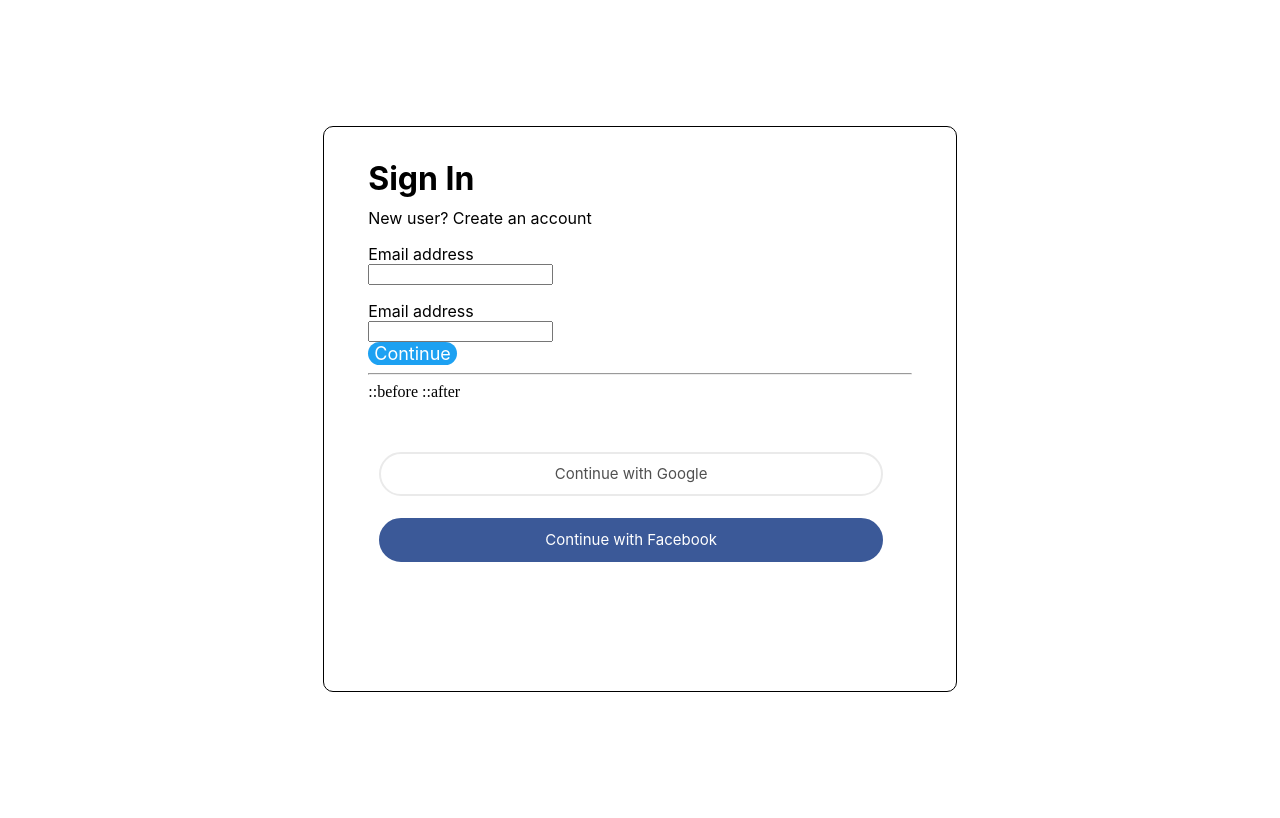
Repository: thangluu93/WereWolf
Page: Template/signIn.html
The author's editor kept a copy of each file at every save. The page is drawn from the files as they stood at one save, then again after the next save.
The browser window is 1280 px wide. The pictures show the whole page.

Above is the page before, as saved 2020-01-13 13:49:04.

### Template/signIn.html
<html>

<head>
    <title>Onion ID</title>
    <link rel="stylesheet" href="../Stylesheet/signInStyle.css">
</head>

<body id="body1">
    <div class="container" id="container1">
        <div class="containerBody" id="containerBody1">
            <div class="border" id="border1">
                <div class="content" id="content1">
                    <div class="contentHeader">
                        <h1 class="Heading">Sign In</h1>
                        <p class="subHead">New user? Create an account</p>
                    </div>
                    <div >
                        <div>
                            <div>
                                <p style="margin-bottom: 0;"> Email address </p>
                                <input type="email" class="emailField">
                            </div>
                            <div>
                                <p style="margin-bottom: 0;"> Email address </p>
                                <input type="email" class="emailField">
                            </div>
                        </div>
                        <div class="emailContinue">
                            <button class="emailContinueBtn ">
                                <span>Continue</span>
                            </button>
                        </div>
                    </div>
                    <div class="contentFooter">
                        <hr data-content="or">
                        ::before
                        ::after
                        </hr>
                        <div class="socialSignIn" id="socialSignIn1">
                            <a href="" class="googleSignIn">
                                <!-- <svg viewBox="0 0 1152 1152" focusable="false" aria-hidden="true" role="img"
                                class="googleIconSvg">
                                <path
                                    d="M1055.994 594.42a559.973 559.973 0 0 0-8.86-99.684h-458.99V683.25h262.28c-11.298 60.918-45.633 112.532-97.248 147.089v122.279h157.501c92.152-84.842 145.317-209.78 145.317-358.198z"
                                    fill="#4285f4"></path>
                                <path
                                    d="M588.144 1070.688c131.583 0 241.9-43.64 322.533-118.07l-157.5-122.28c-43.64 29.241-99.463 46.52-165.033 46.52-126.931 0-234.368-85.728-272.691-200.919H152.636v126.267c80.19 159.273 245 268.482 435.508 268.482z"
                                    fill="#34a853"></path>
                                <path
                                    d="M315.453 675.94a288.113 288.113 0 0 1 0-185.191V364.482H152.636a487.96 487.96 0 0 0 0 437.724z"
                                    fill="#fbbc05"></path>
                                <path
                                    d="M588.144 289.83c71.551 0 135.792 24.589 186.298 72.88l139.78-139.779C829.821 144.291 719.504 96 588.143 96c-190.507 0-355.318 109.21-435.508 268.482L315.453 490.75c38.323-115.19 145.76-200.919 272.691-200.919z"
                                    fill="#ea4335"></path>
                            </svg> -->
                                <span>Continue with Google</span>
                            </a>
                            <a href="" class="facebookSignIn">
                                <!-- <svg viewBox="0 0 1152 1152" class="facebookIconSvg" aria-hidden="true" data-prefix="fab" data-icon="facebook-f"
                                role="img" xmlns="http://www.w3.org/2000/svg" viewBox="0 0 264 512" data-fa-i2svg="">
                                <path fill="currentColor"
                                    d="M76.7 512V283H0v-91h76.7v-71.7C76.7 42.4 124.3 0 193.8 0c33.3 0 61.9 2.5 70.2 3.6V85h-48.2c-37.8 0-45.1 18-45.1 44.3V192H256l-11.7 91h-73.6v229">
                                </path>
                            </svg> -->
                                <span>Continue with Facebook</span>

                            </a>

                        </div>
                    </div>
                </div>

            </div>
        </div>
    </div>
</body>

</html>

### Stylesheet/signInStyle.css
.containerBody{
    margin: 0;
    padding: 0;
    width: 100%;
}

#containerBody1{
  width: 100%;

}

#content1{

    display: flex;
    flex-direction: column;


}

.content{
    height: 90%;
    padding: 5% 7% 7% 7%;
}

.border{
    width: 50%;
    height: 80%;
}

#border1{
    border: 1px solid black;
    border-radius: 10px;   ;

    margin: 10% auto;
    justify-content: center;
    align-items: center;

}

.socialSignIn a{
    margin: 2%;
    width: 92%;
    height: 2.5rem;
    display: flex;
    align-items: center;
    justify-content: center;
    font-size: 15px;
}

.socialSignIn{
    margin-top: 2.5rem;
}

#socialSignIn1{
    display: flex;
    flex-direction: column;
}

.googleSignIn,.facebookSignIn,.twitterSignIn{
    border: 2px;
    border-style: solid;
    border-radius: 100px;
}

.subHead{
    margin: 10px 0 0 0;
}

.heading{
    margin: 0;
}

p {
    font-family: adobe-clean,"Source Sans Pro",-apple-system,BlinkMacSystemFont,"Segoe UI",Roboto,sans-serif;
}

h1{
    font-family: adobe-clean,"Source Sans Pro",-apple-system,BlinkMacSystemFont,"Segoe UI",Roboto,sans-serif;
    font-size: 32px;
}

span{
    font-family: adobe-clean,"Source Sans Pro",-apple-system,BlinkMacSystemFont,"Segoe UI",Roboto,sans-serif;
}

a{
    text-decoration: none;
}

.Field{
    width: 100%;
    height: 2rem;
    margin:0 0 5% 0;
    border-color: black;
    border-top: 0;
    border-left: 0;
    border-right: 0;
    border-bottom: 2px;
    border-style: solid;
    font-size: 16px;
}

.emailContinueBtn{
    border-radius: 100px;
    font-size: 18px;
    height: fit-content;
    width: fit-content;
    box-shadow: none;
    background-color: #1da1f2;
    color: white;
    border: none;
    outline: none;
}

.googleSignIn{
    border-color: #eaeaea;
    color: #505050;
}

.facebookSignIn{
    border-color:#3b5998;
    background-color: #3b5998;
    color: white;
}

.twitterSignIn{
    color: white;
    border-color: #1da1f2;
    background-color: #1da1f2;
}

After the next save:
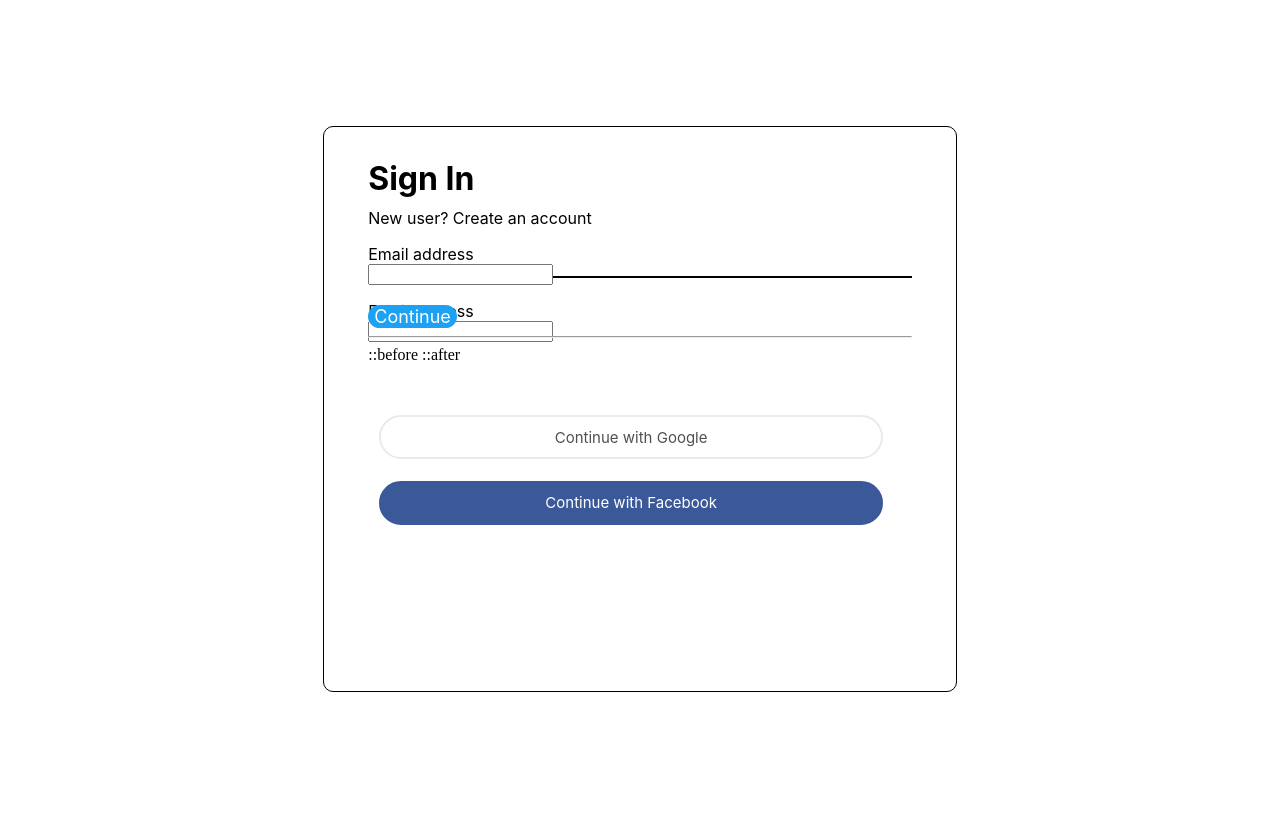
Saved 13 min 31 s later.
--- a/Template/signIn.html
+++ b/Template/signIn.html
@@ -15,7 +15,7 @@
                         <p class="subHead">New user? Create an account</p>
                     </div>
                     <div >
-                        <div>
+                        <div class="field">
                             <div>
                                 <p style="margin-bottom: 0;"> Email address </p>
                                 <input type="email" class="emailField">
--- a/Stylesheet/signInStyle.css
+++ b/Stylesheet/signInStyle.css
@@ -87,7 +87,7 @@ a{
     text-decoration: none;
 }
 
-.Field{
+.field{
     width: 100%;
     height: 2rem;
     margin:0 0 5% 0;
